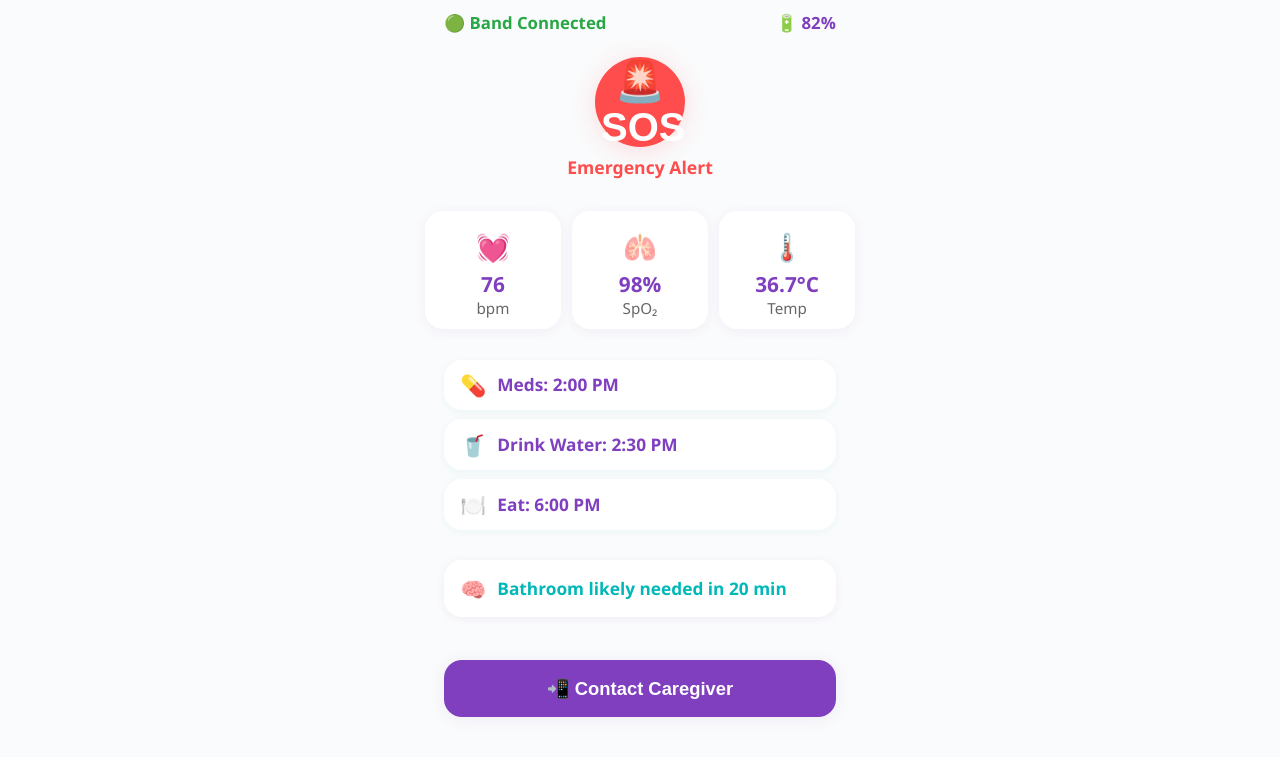
Repository: codingsenpy/careband
Page: /
The author's editor kept a copy of each file at every save. The page is drawn from the files as they stood at one save, then again after the next save.
The browser window is 1280 px wide. The pictures show the whole page.
The project was rebuilt for these pictures with package versions that can differ from the ones it lists, and the page was loaded fresh each time.

Above is the page before, as saved 2025-07-25 23:22:35.

### public/index.html
<!DOCTYPE html>
<html lang="en">
  <head>
    <meta charset="utf-8" />
    <link rel="icon" type="image/png" href="%PUBLIC_URL%/favicon.png" />
    <meta name="viewport" content="width=device-width, initial-scale=1" />
    <meta name="theme-color" content="#7F3FBF" />
    <meta name="description" content="CareBand - A comprehensive health monitoring application for caregivers and patients" />
    <meta name="apple-mobile-web-app-capable" content="yes" />
    <meta name="apple-mobile-web-app-status-bar-style" content="default" />
    <meta name="apple-mobile-web-app-title" content="CareBand" />
    <meta name="mobile-web-app-capable" content="yes" />
    <link rel="apple-touch-icon" href="%PUBLIC_URL%/logo192.png" />
    <!--
      manifest.json provides metadata used when your web app is installed on a
      user's mobile device or desktop. See https://developers.google.com/web/fundamentals/web-app-manifest/
    -->
    <link rel="manifest" href="%PUBLIC_URL%/manifest.json" />
    <!--
      Notice the use of %PUBLIC_URL% in the tags above.
      It will be replaced with the URL of the `public` folder during the build.
      Only files inside the `public` folder can be referenced from the HTML.

      Unlike "/favicon.ico" or "favicon.ico", "%PUBLIC_URL%/favicon.ico" will
      work correctly both with client-side routing and a non-root public URL.
      Learn how to configure a non-root public URL by running `npm run build`.
    -->
    <title>CareBand</title>
  </head>
  <body>
    <noscript>You need to enable JavaScript to run this app.</noscript>
    <div id="root"></div>
    <!--
      This HTML file is a template.
      If you open it directly in the browser, you will see an empty page.

      You can add webfonts, meta tags, or analytics to this file.
      The build step will place the bundled scripts into the <body> tag.

      To begin the development, run `npm start` or `yarn start`.
      To create a production bundle, use `npm run build` or `yarn build`.
    -->
  </body>
</html>

### src/index.css
body {
  margin: 0;
  font-family: 'Segoe UI', 'Roboto', 'Oxygen', 'Ubuntu', 'Cantarell', 'Fira Sans', 'Droid Sans', 'Helvetica Neue', sans-serif;
  background: #fafbfc;
  color: #222;
  -webkit-font-smoothing: antialiased;
  -moz-osx-font-smoothing: grayscale;
}

:root {
  --primary-purple: #7F3FBF;
  --accent-teal: #00B8B8;
  --accent-red: #FF4C4C;
  --accent-yellow: #FFD700;
  --accent-green: #28A745;
  --background: #fafbfc;
  --text-main: #222;
  --text-muted: #666;
  --border-radius: 18px;
  --transition: 0.3s cubic-bezier(.4,0,.2,1);
}

h1, h2, h3, h4, h5, h6 {
  font-weight: 700;
  color: var(--primary-purple);
  margin-bottom: 0.5em;
}

p {
  color: var(--text-main);
  line-height: 1.6;
}

* {
  box-sizing: border-box;
}

### src/App.js
import React, { useEffect, useState, useRef } from 'react';
import './App.css';

function UpcomingFeaturesPage({ onClose }) {
  return (
    <div className="upcoming-features-page">
      <div className="features-header">
        <button className="back-btn" onClick={onClose}>
          ← Back
        </button>
        <h2>Coming Soon</h2>
      </div>

      <div className="features-content">
        <div className="feature-card ai-health">
          <div className="feature-icon">🧠</div>
          <div className="feature-info">
            <h3>AI Emotional Health Detection</h3>
            <p>Advanced AI algorithms analyze your vitals and physical movement patterns to detect mood changes and emotional well-being.</p>
            <div className="feature-details">
              <div className="detail-item">
                <span className="detail-icon">💓</span>
                <span>Heart rate variability analysis</span>
              </div>
              <div className="detail-item">
                <span className="detail-icon">🚶</span>
                <span>Movement pattern recognition</span>
              </div>
              <div className="detail-item">
                <span className="detail-icon">📊</span>
                <span>Mood trend tracking</span>
              </div>
              <div className="detail-item">
                <span className="detail-icon">🎯</span>
                <span>Personalized wellness recommendations</span>
              </div>
            </div>
            <div className="feature-status">
              <span className="status-badge beta">Beta Testing</span>
            </div>
          </div>
        </div>

        <div className="feature-card telemedicine">
          <div className="feature-icon">👩‍⚕️</div>
          <div className="feature-info">
            <h3>Telemedicine Integration</h3>
            <p>Seamlessly connect with healthcare providers for virtual consultations and real-time health monitoring.</p>
            <div className="feature-details">
              <div className="detail-item">
                <span className="detail-icon">📹</span>
                <span>Video consultations</span>
              </div>
              <div className="detail-item">
                <span className="detail-icon">📋</span>
                <span>Real-time data sharing</span>
              </div>
              <div className="detail-item">
                <span className="detail-icon">💊</span>
                <span>Digital prescriptions</span>
              </div>
              <div className="detail-item">
                <span className="detail-icon">🔔</span>
                <span>Appointment scheduling</span>
              </div>
            </div>
            <div className="feature-status">
              <span className="status-badge development">In Development</span>
            </div>
          </div>
        </div>

        <div className="feature-card additional">
          <div className="feature-icon">✨</div>
          <div className="feature-info">
            <h3>More Features Coming</h3>
            <p>We're constantly working on new features to enhance your health monitoring experience.</p>
            <div className="feature-details">
              <div className="detail-item">
                <span className="detail-icon">🏥</span>
                <span>Hospital integration</span>
              </div>
              <div className="detail-item">
                <span className="detail-icon">👥</span>
                <span>Family sharing dashboard</span>
              </div>
              <div className="detail-item">
                <span className="detail-icon">🎮</span>
                <span>Gamified wellness challenges</span>
              </div>
              <div className="detail-item">
                <span className="detail-icon">🌐</span>
                <span>Multi-language support</span>
              </div>
            </div>
            <div className="feature-status">
              <span className="status-badge planned">Planned</span>
            </div>
          </div>
        </div>
      </div>

      <div className="features-footer">
        <p>Stay tuned for updates! 🚀</p>
      </div>
    </div>
  );
}

function SwipeContainer({ children, onSwipeLeft }) {
  const containerRef = useRef(null);
  const [startX, setStartX] = useState(0);
  const [currentX, setCurrentX] = useState(0);
  const [isDragging, setIsDragging] = useState(false);
  const [translateX, setTranslateX] = useState(0);

  const handleTouchStart = (e) => {
    const touch = e.touches[0];
    setStartX(touch.clientX);
    setCurrentX(touch.clientX);
    setIsDragging(true);
  };

  const handleTouchMove = (e) => {
    if (!isDragging) return;

    const touch = e.touches[0];
    setCurrentX(touch.clientX);
    const deltaX = touch.clientX - startX;

    // Only allow left swipe (negative deltaX)
    if (deltaX < 0) {
      setTranslateX(Math.max(deltaX, -100)); // Limit the drag distance
    }
  };

  const handleTouchEnd = () => {
    if (!isDragging) return;

    const deltaX = currentX - startX;
    const threshold = -80; // Minimum swipe distance

    if (deltaX < threshold) {
      // Trigger swipe left action
      onSwipeLeft();
    }

    // Reset
    setIsDragging(false);
    setTranslateX(0);
    setStartX(0);
    setCurrentX(0);
  };

  const handleMouseDown = (e) => {
    setStartX(e.clientX);
    setCurrentX(e.clientX);
    setIsDragging(true);
  };

  const handleMouseMove = (e) => {
    if (!isDragging) return;

    setCurrentX(e.clientX);
    const deltaX = e.clientX - startX;

    // Only allow left swipe (negative deltaX)
    if (deltaX < 0) {
      setTranslateX(Math.max(deltaX, -100));
    }
  };

  const handleMouseUp = () => {
    if (!isDragging) return;

    const deltaX = currentX - startX;
    const threshold = -80;

    if (deltaX < threshold) {
      onSwipeLeft();
    }

    setIsDragging(false);
    setTranslateX(0);
    setStartX(0);
    setCurrentX(0);
  };

  return (
    <div
      ref={containerRef}
      className="swipe-container"
      onTouchStart={handleTouchStart}
      onTouchMove={handleTouchMove}
      onTouchEnd={handleTouchEnd}
      onMouseDown={handleMouseDown}
      onMouseMove={handleMouseMove}
      onMouseUp={handleMouseUp}
      onMouseLeave={handleMouseUp}
      style={{
        transform: `translateX(${translateX}px)`,
        transition: isDragging ? 'none' : 'transform 0.3s ease-out'
      }}
    >
      {children}
      {translateX < -20 && (
        <div className="swipe-indicator">
          <span>← Swipe to see upcoming features</span>
        </div>
      )}
    </div>
  );
}

function PWAInstallPrompt() {
  const [deferredPrompt, setDeferredPrompt] = useState(null);
  const [showInstallPrompt, setShowInstallPrompt] = useState(false);
  const [showManualInstructions, setShowManualInstructions] = useState(false);
  const [isStandalone, setIsStandalone] = useState(false);

  useEffect(() => {
    // Check if app is already installed (running in standalone mode)
    const checkStandalone = () => {
      const isStandaloneMode = window.matchMedia('(display-mode: standalone)').matches ||
                              window.navigator.standalone ||
                              document.referrer.includes('android-app://');
      setIsStandalone(isStandaloneMode);
    };

    checkStandalone();

    const handleBeforeInstallPrompt = (e) => {
      console.log('beforeinstallprompt event fired');
      // Prevent the mini-infobar from appearing on mobile
      e.preventDefault();
      // Stash the event so it can be triggered later
      setDeferredPrompt(e);
      // Show the install prompt after a short delay to ensure user engagement
      setTimeout(() => {
        setShowInstallPrompt(true);
      }, 3000);
    };

    const handleAppInstalled = () => {
      console.log('PWA was installed');
      setShowInstallPrompt(false);
      setShowManualInstructions(false);
      setDeferredPrompt(null);
      setIsStandalone(true);
    };

    // Show manual instructions if no beforeinstallprompt after 5 seconds
    const manualTimer = setTimeout(() => {
      if (!deferredPrompt && !isStandalone) {
        console.log('No beforeinstallprompt event, showing manual instructions');
        setShowManualInstructions(true);
      }
    }, 5000);

    window.addEventListener('beforeinstallprompt', handleBeforeInstallPrompt);
    window.addEventListener('appinstalled', handleAppInstalled);

    return () => {
      window.removeEventListener('beforeinstallprompt', handleBeforeInstallPrompt);
      window.removeEventListener('appinstalled', handleAppInstalled);
      clearTimeout(manualTimer);
    };
  }, [deferredPrompt, isStandalone]);

  const handleInstallClick = async () => {
    if (!deferredPrompt) return;

    try {
      // Show the install prompt
      deferredPrompt.prompt();

      // Wait for the user to respond to the prompt
      const { outcome } = await deferredPrompt.userChoice;

      if (outcome === 'accepted') {
        console.log('User accepted the install prompt');
      } else {
        console.log('User dismissed the install prompt');
      }

      // Clear the deferredPrompt
      setDeferredPrompt(null);
      setShowInstallPrompt(false);
    } catch (error) {
      console.error('Error showing install prompt:', error);
    }
  };

  const handleDismiss = () => {
    setShowInstallPrompt(false);
    setShowManualInstructions(false);
  };

  // Don't show anything if app is already installed
  if (isStandalone) return null;

  // Show automatic install prompt if available
  if (showInstallPrompt && deferredPrompt) {
    return (
      <div className="pwa-install-prompt">
        <div className="install-prompt-content">
          <div className="install-prompt-icon">📱</div>
          <div className="install-prompt-text">
            <h3>Install CareBand</h3>
            <p>Add CareBand to your home screen for quick access and offline use.</p>
          </div>
          <div className="install-prompt-actions">
            <button onClick={handleInstallClick} className="install-btn">
              Install
            </button>
            <button onClick={handleDismiss} className="dismiss-btn">
              Not now
            </button>
          </div>
        </div>
      </div>
    );
  }

  // Show manual instructions for browsers that don't support beforeinstallprompt
  if (showManualInstructions) {
    const isIOS = /iPad|iPhone|iPod/.test(navigator.userAgent);
    const isAndroid = /Android/.test(navigator.userAgent);

    return (
      <div className="pwa-install-prompt">
        <div className="install-prompt-content">
          <div className="install-prompt-icon">📱</div>
          <div className="install-prompt-text">
            <h3>Install CareBand</h3>
            {isIOS && (
              <p>Tap the share button <span style={{fontSize: '1.2em'}}>⬆️</span> and select "Add to Home Screen"</p>
            )}
            {isAndroid && (
              <p>Tap the menu button <span style={{fontSize: '1.2em'}}>⋮</span> and select "Add to Home screen" or "Install app"</p>
            )}
            {!isIOS && !isAndroid && (
              <p>Look for the install button in your browser's address bar or menu to add this app to your device.</p>
            )}
          </div>
          <div className="install-prompt-actions">
            <button onClick={handleDismiss} className="dismiss-btn">
              Got it
            </button>
          </div>
        </div>
      </div>
    );
  }

  return null;
}

function StartupAnimation() {
  return (
    <div className="startup-animation">
      <div className="pulse-logo">
        <img src="/favicon.png" alt="CareBand Logo" className="pulse-favicon" />
        <span className="pulse-text">CareBand</span>
      </div>
    </div>
  );
}

export default function App() {
  const [showAnim, setShowAnim] = useState(true);
  const [currentPage, setCurrentPage] = useState('dashboard');
  const [pageTransition, setPageTransition] = useState('');

  useEffect(() => {
    const timer = setTimeout(() => setShowAnim(false), 2000);
    return () => clearTimeout(timer);
  }, []);

  const handleSwipeLeft = () => {
    setPageTransition('slide-left');
    setTimeout(() => {
      setCurrentPage('features');
      setPageTransition('');
    }, 150);
  };

  const handleBackToDashboard = () => {
    setPageTransition('slide-right');
    setTimeout(() => {
      setCurrentPage('dashboard');
      setPageTransition('');
    }, 150);
  };

  if (showAnim) return <StartupAnimation />;

  return (
    <div className={`app-container ${pageTransition}`}>
      {currentPage === 'dashboard' ? (
        <SwipeContainer onSwipeLeft={handleSwipeLeft}>
          <div className="dashboard">
            <PWAInstallPrompt />
      {/* Top status bar */}
      <div className="status-bar">
        <span className="band-status connected">🟢 Band Connected</span>
        <span className="battery-status">🔋 82%</span>
      </div>
      {/* Emergency SOS */}
      <div className="sos-section">
        <button className="sos-btn">🚨 SOS</button>
        <div className="sos-label">Emergency Alert</div>
      </div>
      {/* Vitals */}
      <div className="vitals-row">
        <div className="vital-card">
          <span className="vital-icon" role="img" aria-label="Heart">💓</span>
          <div className="vital-value">76</div>
          <div className="vital-label">bpm</div>
        </div>
        <div className="vital-card">
          <span className="vital-icon" role="img" aria-label="Oxygen">🫁</span>
          <div className="vital-value">98%</div>
          <div className="vital-label">SpO₂</div>
        </div>
        <div className="vital-card">
          <span className="vital-icon" role="img" aria-label="Temp">🌡️</span>
          <div className="vital-value">36.7°C</div>
          <div className="vital-label">Temp</div>
        </div>
      </div>
      {/* Reminders */}
      <div className="reminders">
        <div className="reminder-card">
          <span className="reminder-icon">💊</span>
          <span className="reminder-text">Meds: 2:00 PM</span>
        </div>
        <div className="reminder-card">
          <span className="reminder-icon">🥤</span>
          <span className="reminder-text">Drink Water: 2:30 PM</span>
        </div>
        <div className="reminder-card">
          <span className="reminder-icon">🍽️</span>
          <span className="reminder-text">Eat: 6:00 PM</span>
        </div>
      </div>
      {/* AI Bathroom Prediction */}
      <div className="ai-bathroom">
        <span className="ai-icon">🧠</span>
        <span className="ai-text">Bathroom likely needed in 20 min</span>
      </div>
      {/* Caregiver Panic Button */}
      <button className="panic-btn">📲 Contact Caregiver</button>
          </div>
        </SwipeContainer>
      ) : (
        <UpcomingFeaturesPage onClose={handleBackToDashboard} />
      )}
    </div>
  );
}

Loaded but not shown: src/index.js (common file); src/reportWebVitals.js (common file); src/serviceWorkerRegistration.js (137 lines, source omitted); src/App.css (530 lines, source omitted)

After the next save:
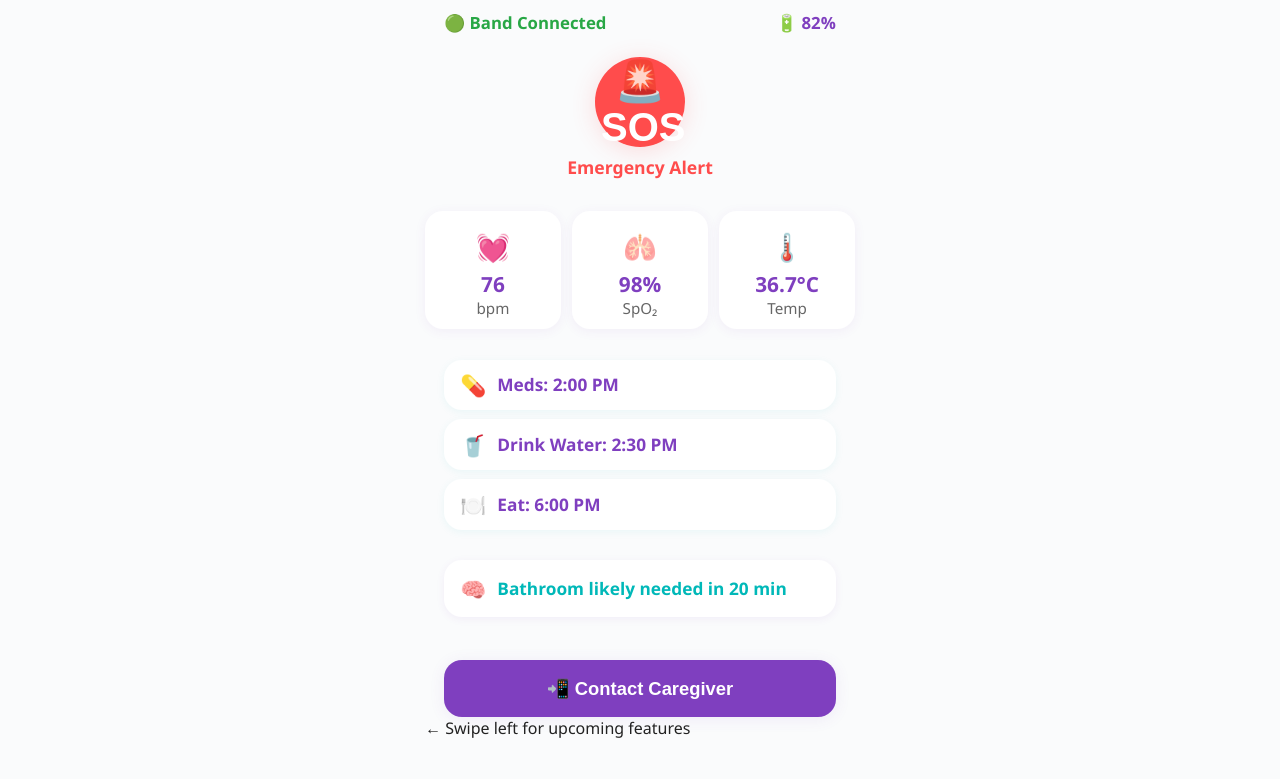
Saved 32 s later.
--- a/src/App.js
+++ b/src/App.js
@@ -451,6 +451,11 @@ export default function App() {
       </div>
       {/* Caregiver Panic Button */}
       <button className="panic-btn">📲 Contact Caregiver</button>
+
+      {/* Swipe hint */}
+      <div className="swipe-hint">
+        <span>← Swipe left for upcoming features</span>
+      </div>
           </div>
         </SwipeContainer>
       ) : (
